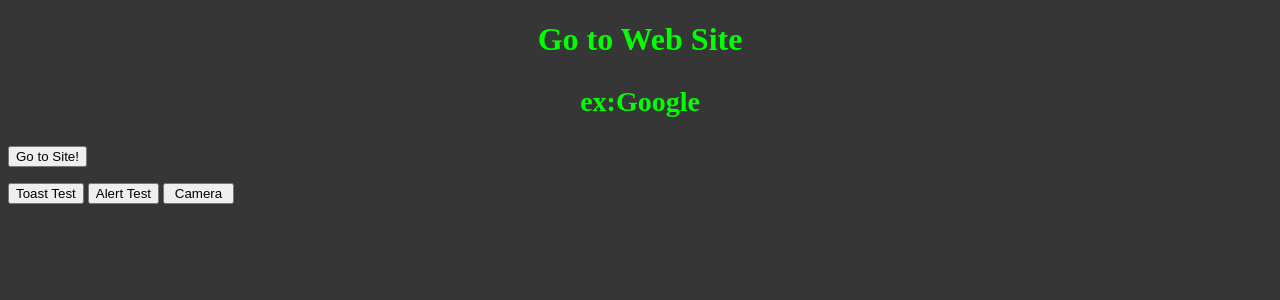
Repository: kenshiryu7/mdv-projects
Page: MDF3/project_4/Project4/assets/index.html
The author's editor kept a copy of each file at every save. The page is drawn from the files as they stood at one save, then again after the next save.
The browser window is 1280 px wide. The pictures show the whole page.

Above is the page before, as saved 2013-02-28 19:03:46.

### MDF3/project_4/Project4/assets/index.html
<!DOCTYPE html>
<html>
	<head>
	<meta http-equiv="Content-Type" content="text/html; charset=UTF-8">

	<title>The HTML Stuff</title>
	</head>


	<body>
	<h1>Go to Web Site</h1>
	<p id="mytext">ex:Google</p>



	<input type="button" value="Go to Site!" onclick="openWeb()"/>

	<p>
	<input type="button" value="Toast Test" onclick="showAndroidToast('I just wanted to tell the world that....I Like it Toasty!!!')"/>

	<input type="button" value="Alert Test" onclick="doAlert()"/>

	<input type="button" value=" Camera " onclick="openCamera()"/>
	</p>
	</body>



		<script type="text/javascript">

			function openWeb() {
				//document.getElementById("mytext").innerHTML = actualData;
				Android.openWebSite();
			};

			function showAndroidToast(toast) {
			//document.getElementById("mytext").innerHTML = "toast";
				Android.showToast(toast);

			};

			function doAlert(){
				Android.startAlert();
			};

			function openCamera(){
				Android.openTheCamera();
			};


			function callFromActivity(message) {
				document.getElementById("mytext").innerHTML = message;
			};



		</script>
		<style type ="text/css">
			body{
				color:#00FF00;
				font-weight:bold;
				background-color:#363636}

			h1{
				text-align:center}

			#mytext{
				text-align:center;
				font-size:175%}

		</style>
</html>

After the next save:
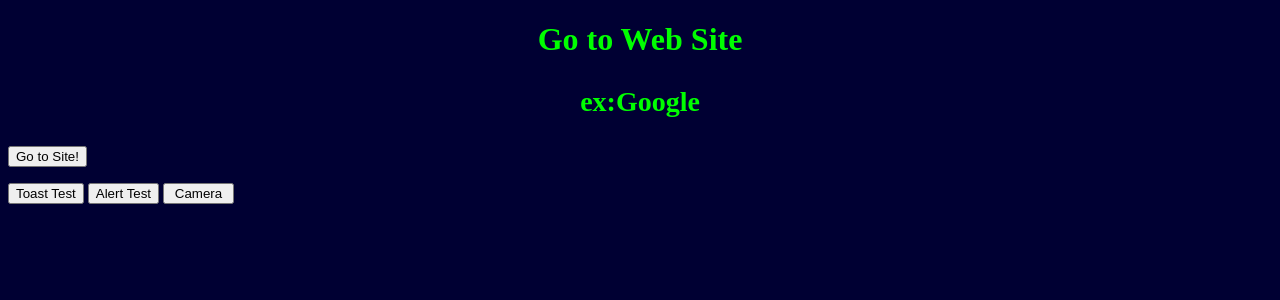
Saved 57 s later.
--- a/MDF3/project_4/Project4/assets/index.html
+++ b/MDF3/project_4/Project4/assets/index.html
@@ -59,7 +59,7 @@
 			body{
 				color:#00FF00;
 				font-weight:bold;
-				background-color:#363636}
+				background-color:#000033}
 
 			h1{
 				text-align:center}
